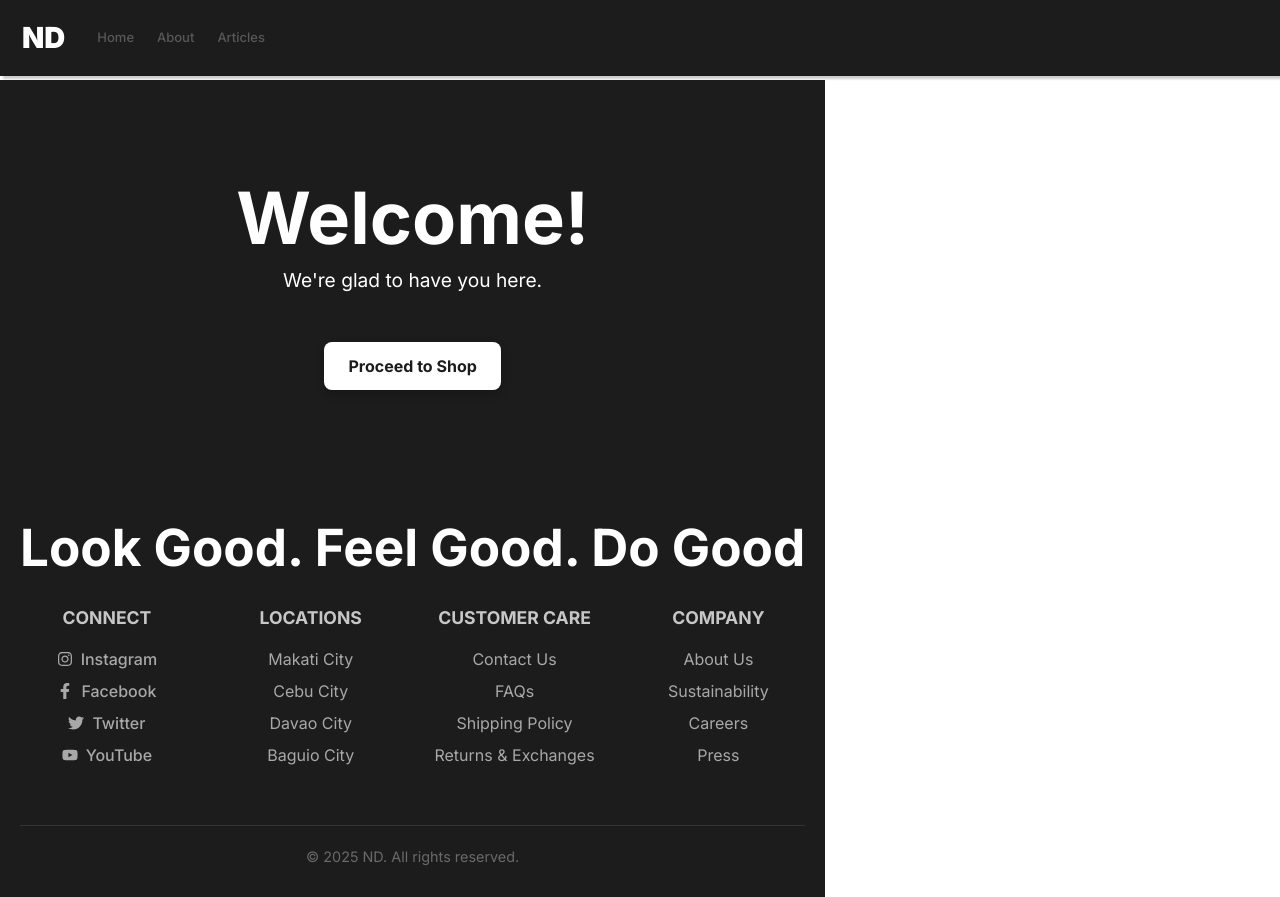
Repository: neomdavid/advancedwebprogramming
Page: /welcome
An editor plug-in stored every save of this project. The page is shown before and after a run of saves, followed by the edit.
The browser window is 1280 px wide. The pictures show the whole page.
The project was rebuilt for these pictures with package versions that can differ from the ones it lists, and the page was loaded fresh each time. Also part of the build but not shown: vite.config.js, src/styles/Button.css, src/components/Button.jsx, src/styles/AboutPage.css, src/pages/AboutPAge.jsx, src/styles/ArticleList.css, src/article-content.js, src/components/ArticleList.jsx and 9 more.

Above is the page before, as saved 2025-04-22 09:10:15.

After the next 3 saves:
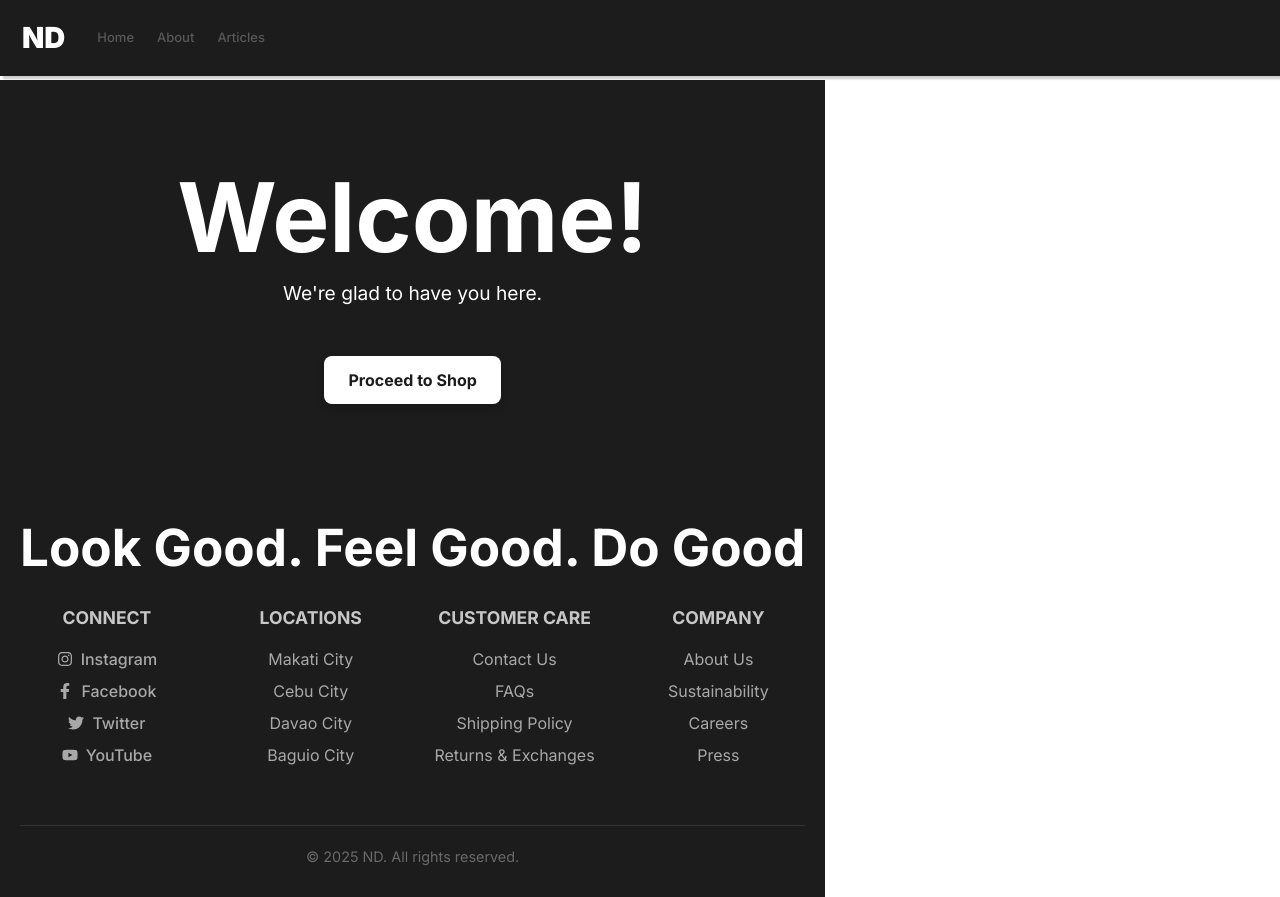
The 3 saves are shown as one change because they came seconds apart.
The last was saved 68 s later.
--- a/src/pages/WelcomePage.jsx
+++ b/src/pages/WelcomePage.jsx
@@ -16,7 +16,7 @@ const WelcomePage = () => {
         color: "white",
       }}
     >
-      <h1 style={{ fontSize: "4.5rem", marginBottom: ".5rem" }}>
+      <h1 style={{ fontSize: "6rem", marginBottom: ".5rem" }}>
         Welcome{name ? `, ${name}!` : "!"}
       </h1>
       <p style={{ fontSize: "1.2rem", marginBottom: "3rem" }}>
